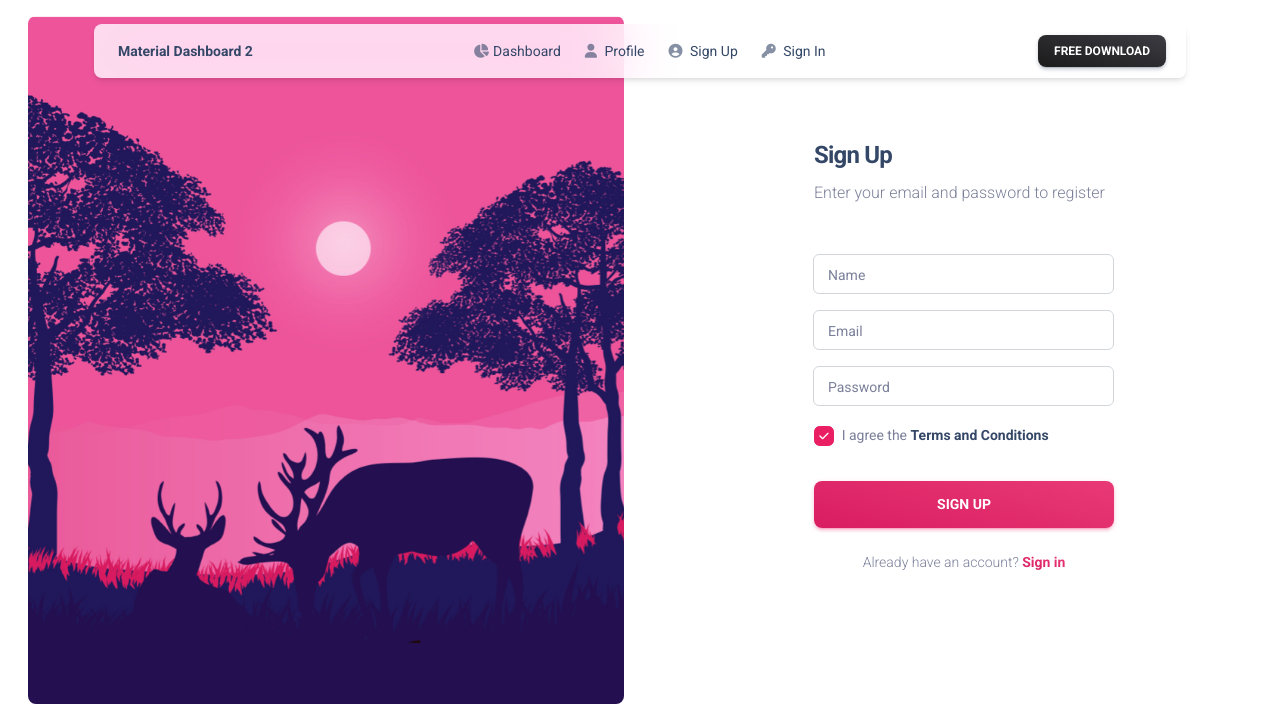
Repository: mohamedaliamri/atlasweb
Page: atlasweb/src/main/webapp/material-dashboard-master/pages/sign-up.html
The author's editor kept a copy of each file at every save. The page is drawn from the files as they stood at one save, then again after the next save.
The browser window is 1280 px wide. The pictures show the whole page.
Some web libraries are served in a nearby version.

Above is the page before, as saved 2022-03-10 22:35:04.

After the next save:
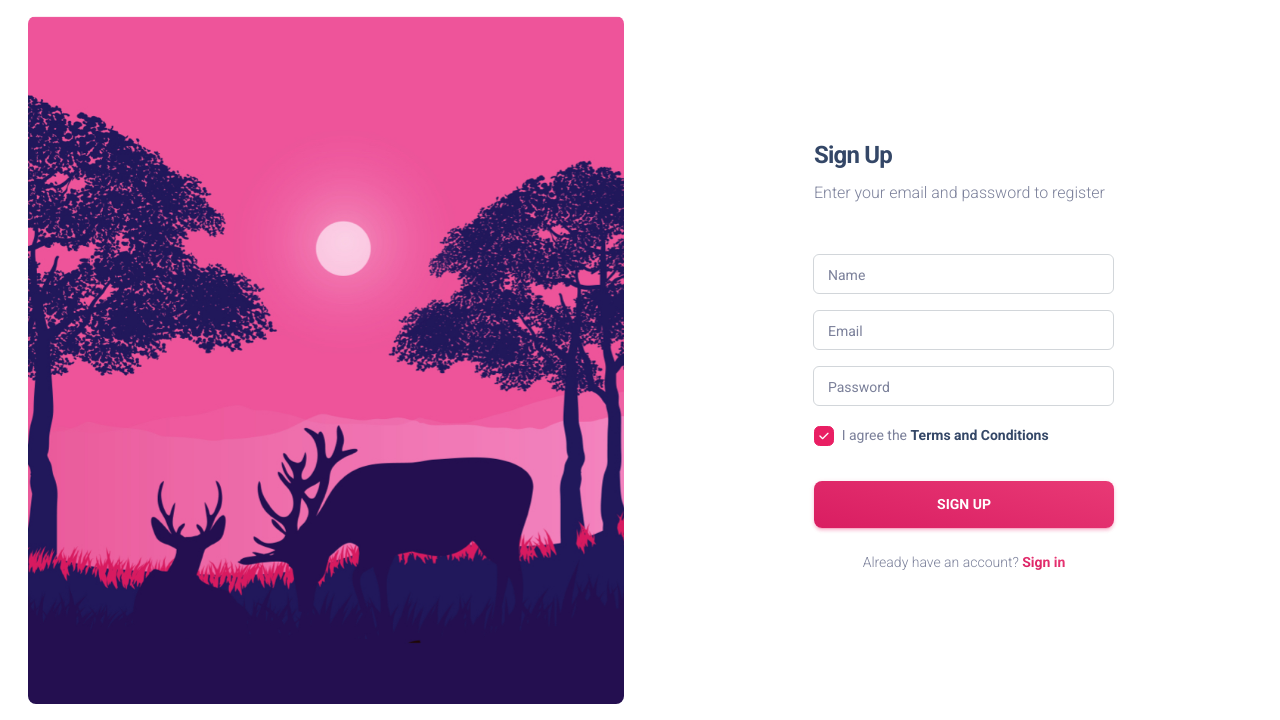
Saved 3 min 33 s later.
--- a/atlasweb/src/main/webapp/material-dashboard-master/pages/sign-up.html
+++ b/atlasweb/src/main/webapp/material-dashboard-master/pages/sign-up.html
@@ -41,7 +41,7 @@
     <div class="row">
       <div class="col-12">
         <!-- Navbar -->
-        <nav class="navbar navbar-expand-lg blur border-radius-lg top-0 z-index-3 shadow position-absolute mt-4 py-2 start-0 end-0 mx-4">
+      <!--   <nav class="navbar navbar-expand-lg blur border-radius-lg top-0 z-index-3 shadow position-absolute mt-4 py-2 start-0 end-0 mx-4">
           <div class="container-fluid ps-2 pe-0">
             <a class="navbar-brand font-weight-bolder ms-lg-0 ms-3 " href="../pages/dashboard.html">
               Material Dashboard 2
@@ -87,7 +87,7 @@
               </ul>
             </div>
           </div>
-        </nav>
+        </nav> -->
         <!-- End Navbar -->
       </div>
     </div>
